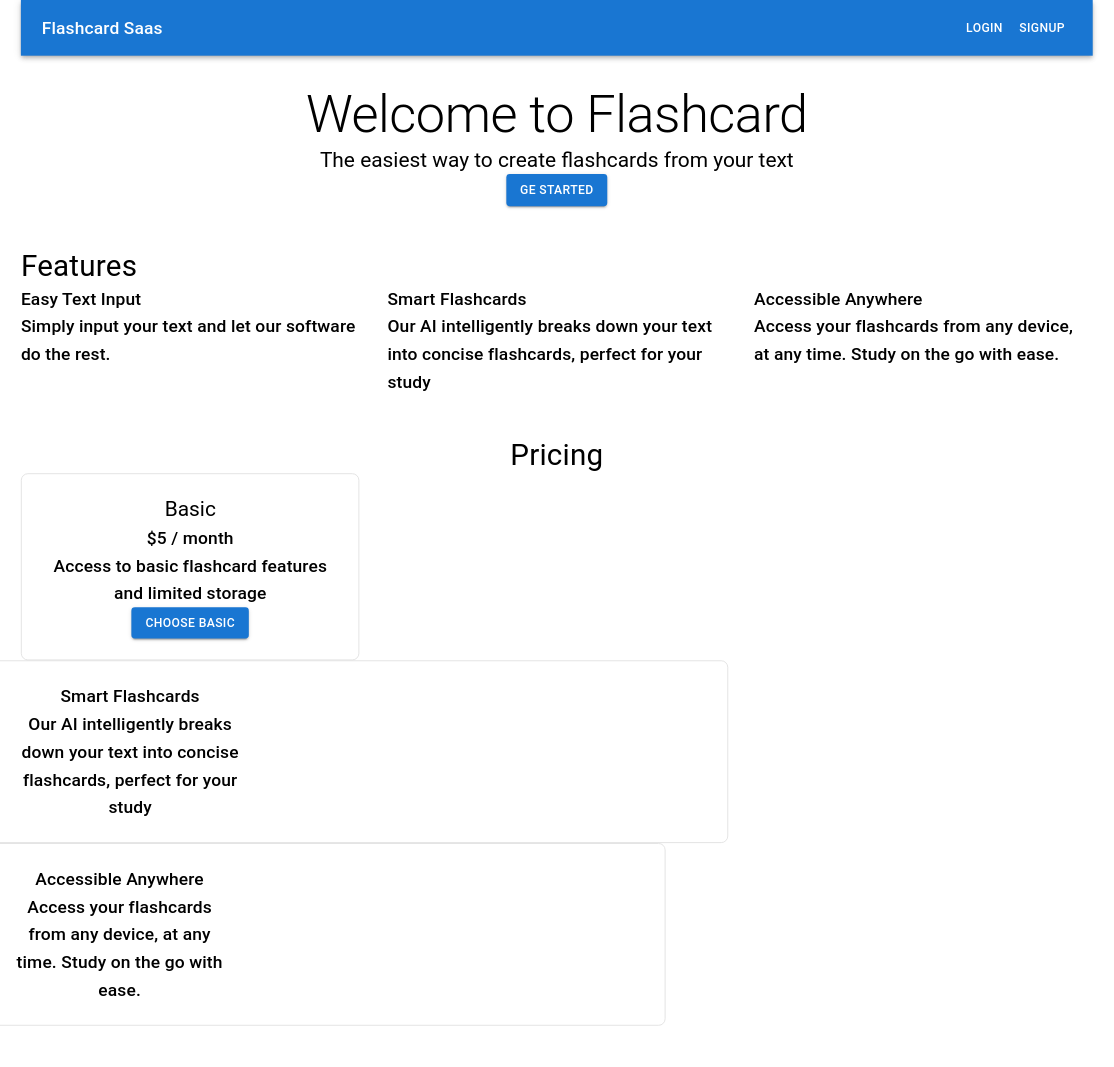
Repository: rakeshpuppala2590/AI-Flashcards-Stripe
Page: /
These files come from the project's save history. The page is drawn as it stood at one moment and after the next save; the edit follows.
The browser window is 1280 px wide. The pictures show the whole page, at 87% of full size.
The page's requests for data from a server got no answer. The project was rebuilt for these pictures with package versions that can differ from the ones it lists, and the page was loaded fresh each time. Some packages were replaced by stand-ins written for this rebuild. The framework's server and built-in components were replaced by stand-ins that run in the browser. No one was signed in, and anything a server would have sent is missing. Also part of the build but not shown: next.config.mjs.

Above is the page before, as saved 2024-08-12 15:10:15.

### src/app/page.js
import getStripe from "../../utils/get-stripe";
import { SignedIn, SignedOut, UserButton } from "@clerk/nextjs";
import Head from "next/head";
import {
  Grid,
  AppBar,
  Button,
  Container,
  Toolbar,
  Typography,
  Box,
} from "@mui/material";

export default function Home() {
  return (
    <Container maxWidth="100vW">
      <Head>
        <title>Flashcard Saas</title>
        <meta
          name="description"
          content="create flashcard from your text"
        ></meta>
      </Head>

      <AppBar position="static">
        <Toolbar>
          <Typography variant="h6" style={{ flexGrow: 1 }}>
            Flashcard Saas
          </Typography>
          <SignedOut>
            <Button color="inherit">Login</Button>
            <Button color="inherit">SignUp</Button>
          </SignedOut>
          <SignedIn>
            <Button>Logout</Button>
          </SignedIn>
        </Toolbar>
      </AppBar>

      <Box
        sx={{
          textAlign: "center",
          my: 4,
        }}
      >
        <Typography variant="h2">Welcome to Flashcard</Typography>
        <Typography variant="h5">
          {" "}
          The easiest way to create flashcards from your text
        </Typography>
        <Button variant="contained" color="primary">
          Ge Started
        </Button>
      </Box>
      <Box sx={{ my: 6 }}>
        <Typography variant="h4">Features</Typography>
        <Grid container spacing={4}>
          <Grid item xs={12} md={4}>
            {" "}
            <Typography variant="h6">Easy Text Input</Typography>
            <Typography variant="h6"> </Typography>
            <Typography variant="h6">
              Simply input your text and let our software do the rest.
            </Typography>
          </Grid>
          <Grid item xs={12} md={4}>
            {" "}
            <Typography variant="h6">Smart Flashcards</Typography>
            <Typography variant="h6"> </Typography>
            <Typography variant="h6">
              Our AI intelligently breaks down your text into concise
              flashcards, perfect for your study
            </Typography>
          </Grid>
          <Grid item xs={12} md={4}>
            {" "}
            <Typography variant="h6">Accessible Anywhere</Typography>
            <Typography variant="h6"> </Typography>
            <Typography variant="h6">
              Access your flashcards from any device, at any time. Study on the
              go with ease.
            </Typography>
          </Grid>
        </Grid>
      </Box>
      <Box sx={{ my: 6, textAlign: "center" }}>
        <Typography variant="h4">Pricing</Typography>
        <Grid container spacing={4}>
          <Grid item xs={12} md={4}>
            <Box
              sx={{
                p: 3,
                border: "1px solid",
                borderColor: "grey.300",
                borderRadius: 2,
              }}
            >
              <Typography variant="h5">Basic</Typography>
              <Typography variant="h6">$5 / month </Typography>
              <Typography variant="h6">
                {" "}
                Access to basic flashcard features and limited storage
              </Typography>
              <Button variant="contained" color="primary">
                Choose Basic
              </Button>
            </Box>
          </Grid>
          <Box
            sx={{
              p: 3,
              border: "1px solid",
              borderColor: "grey.300",
              borderRadius: 2,
            }}
          >
            <Grid item xs={12} md={4}>
              {" "}
              <Typography variant="h6">Smart Flashcards</Typography>
              <Typography variant="h6"> </Typography>
              <Typography variant="h6">
                Our AI intelligently breaks down your text into concise
                flashcards, perfect for your study
              </Typography>
            </Grid>
          </Box>
          <Box
            sx={{
              p: 3,
              border: "1px solid",
              borderColor: "grey.300",
              borderRadius: 2,
            }}
          >
            <Grid item xs={12} md={4}>
              {" "}
              <Typography variant="h6">Accessible Anywhere</Typography>
              <Typography variant="h6"> </Typography>
              <Typography variant="h6">
                Access your flashcards from any device, at any time. Study on
                the go with ease.
              </Typography>
            </Grid>
          </Box>
        </Grid>
      </Box>
    </Container>
  );
}

### utils/get-stripe.js
import { loadStripe } from "@stripe/stripe-js";
let stripePromise;
const getStripe = () => {
  if (!stripePromise) {
    stripePromise = loadStripe(process.env.NEXTJS_PUBLIC_STRIPE_PULIC_KEY);
  }
  return stripePromise;
};
export default getStripe;

Loaded but not shown: src/app/layout.js (common file); src/app/globals.css (common file); tailwind.config.js (common file)

After the next save:
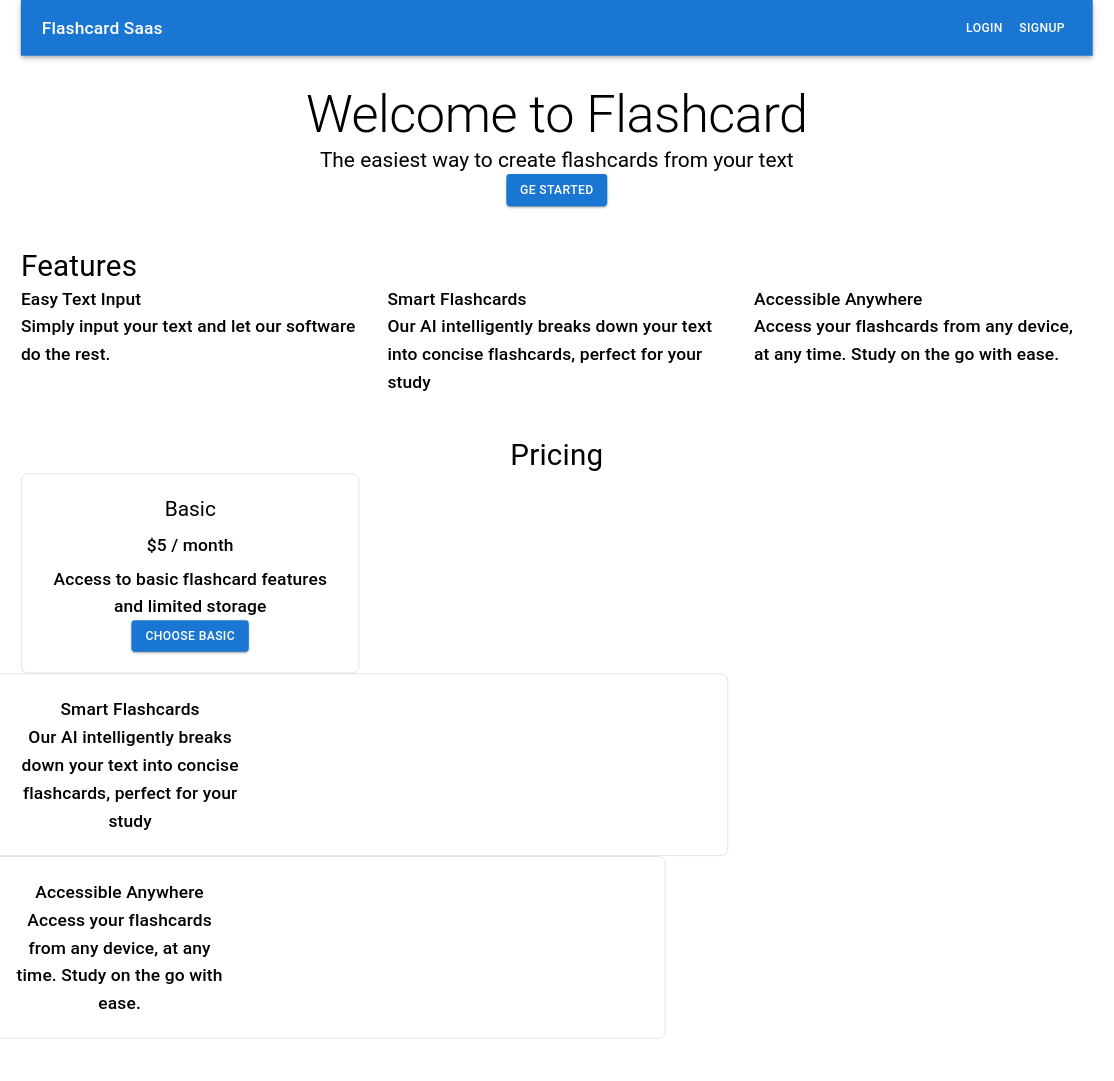
Saved 25 s later.
--- a/src/app/page.js
+++ b/src/app/page.js
@@ -95,8 +95,12 @@ export default function Home() {
                 borderRadius: 2,
               }}
             >
-              <Typography variant="h5">Basic</Typography>
-              <Typography variant="h6">$5 / month </Typography>
+              <Typography variant="h5" gutterBottom>
+                Basic
+              </Typography>
+              <Typography variant="h6" gutterBottom>
+                $5 / month{" "}
+              </Typography>
               <Typography variant="h6">
                 {" "}
                 Access to basic flashcard features and limited storage
